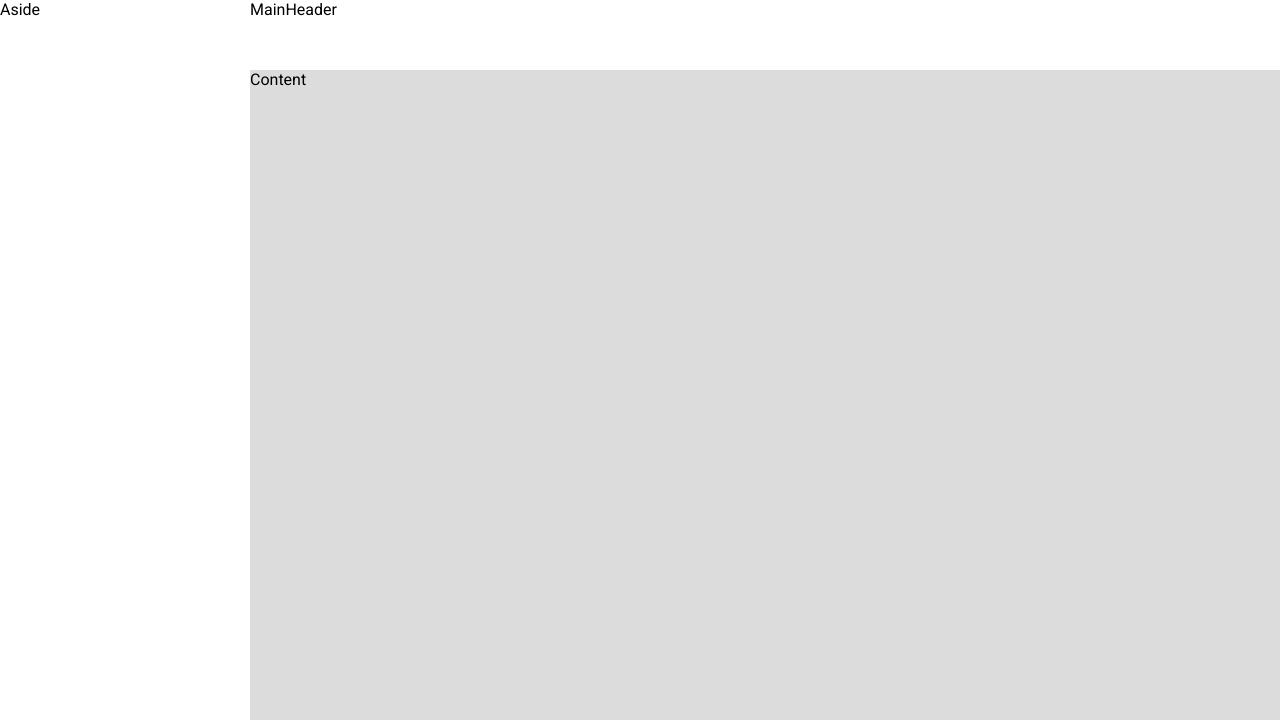
Repository: XFERRER7/dashboard
Page: /
The author's editor kept a copy of each file at every save. The page is drawn from the files as they stood at one save, then again after a run of saves.
The browser window is 1280 px wide. The pictures show the whole page.
The project was rebuilt for these pictures with package versions that can differ from the ones it lists, and the page was loaded fresh each time. Also part of the build but not shown: vite.config.ts.

Above is the page before, as saved 2022-07-06 15:28:05.

### index.html
<!DOCTYPE html>
<html lang="pt-br">

<head>
  <meta charset="UTF-8" />
  <meta name="viewport" content="width=device-width, initial-scale=1.0" />
  <link rel="shortcut icon" href="src/assets/Logo.svg" type="image/x-icon">
  <link rel="preconnect" href="https://fonts.googleapis.com">
  <link rel="preconnect" href="https://fonts.gstatic.com" crossorigin>
  <link href="https://fonts.googleapis.com/css2?family=Roboto:wght@400;500;700&display=swap" rel="stylesheet">
  <title>Dashboard</title>
</head>

<body>
  <div id="root"></div>
  <script type="module" src="/src/main.tsx"></script>
</body>

</html>

### src/main.tsx
import React from 'react'
import ReactDOM from 'react-dom/client'
import {App} from './App'

ReactDOM.createRoot(document.getElementById('root')!).render(
  <React.StrictMode>
    <App />
  </React.StrictMode>
)

### src/App.tsx
import Global from "./styles/Global"
import { Layout } from './components/Layout'
import { ThemeProvider } from 'styled-components'
import dark from './styles/Themes/dark'
import light from './styles/Themes/light'

export const App = () => {
  return (
    <div>
      <ThemeProvider theme={light}>
        <Global />
        <Layout />
      </ThemeProvider>
    </div>
  )
}

### src/styles/Global.ts
import { createGlobalStyle } from 'styled-components'

export default createGlobalStyle`

  * {
    margin: 0;
    padding: 0;
    box-sizing: border-box;
  }

  html, body, #root {
    height: 100%;
  }

  *, button, input {
    border: 0;
    outline: 0;
    font-family: 'Roboto', sans-serif;
  }

  button {
    cursor: pointer;
  }

`;

### src/components/Layout/index.tsx
import {Container} from './Styles'
import { MainHeader} from '../MainHeader'
import { Content} from '../Content'
import { Aside} from '../Aside'

export const Layout = () => {
  return (
    <Container>
      <MainHeader/>
      <Aside/>
      <Content/>
    </Container>
  )
}

### src/styles/Themes/light.ts
export default {
  title: 'light',

  colors: {
    primary: '#DCDCDC',
    secondary: '##E5E5E5',
    tertiary: '##F5F5F5',

    white: '#000',
    black: '#fff',
    gray: '#dfdfdf',

    sucess: '#03BB85',
    info: '#3B5998',
    warnig: '#FF6961'


  }
}

### src/components/Layout/Styles.ts
import styled from "styled-components"

export const Container = styled.div`
  display: grid;
  grid-template-columns: 250px auto;
  grid-template-rows: 70px auto;

  grid-template-areas:
  'AS MH'
  'AS CT';
  height: 100vh;

`

### src/components/MainHeader/index.tsx
import {Container} from './Styles'


export const MainHeader = () => {
  return (
    <Container>
      <div>MainHeader</div>
    </Container>
  )
}

### src/components/Content/index.tsx
import {Container} from './Styles'


export const Content = () => {
  return (
    <Container>
      <div>Content</div>

    </Container>
  )
}

### src/components/Aside/index.tsx
import {Container} from './Styles'


export const Aside = () => {
  return (
    <Container>
      <div>Aside</div>

    </Container>
  )
}

### src/components/MainHeader/Styles.ts
import styled from "styled-components"

export const Container = styled.div`
  grid-area: MH;
  color: ${props => props.theme.colors.white};
  background-color: ${props => props.theme.colors.secondary};
`

### src/components/Content/Styles.ts
import styled from "styled-components"

export const Container = styled.div`
  grid-area: CT;
  color: ${props => props.theme.colors.white};
  background-color: ${props => props.theme.colors.primary};
`

### src/components/Aside/Styles.ts
import styled from "styled-components"

export const Container = styled.div`
  grid-area: AS;
  color: ${props => props.theme.colors.white};
  background-color: ${props => props.theme.colors.secondary};
`

After the next 2 saves:
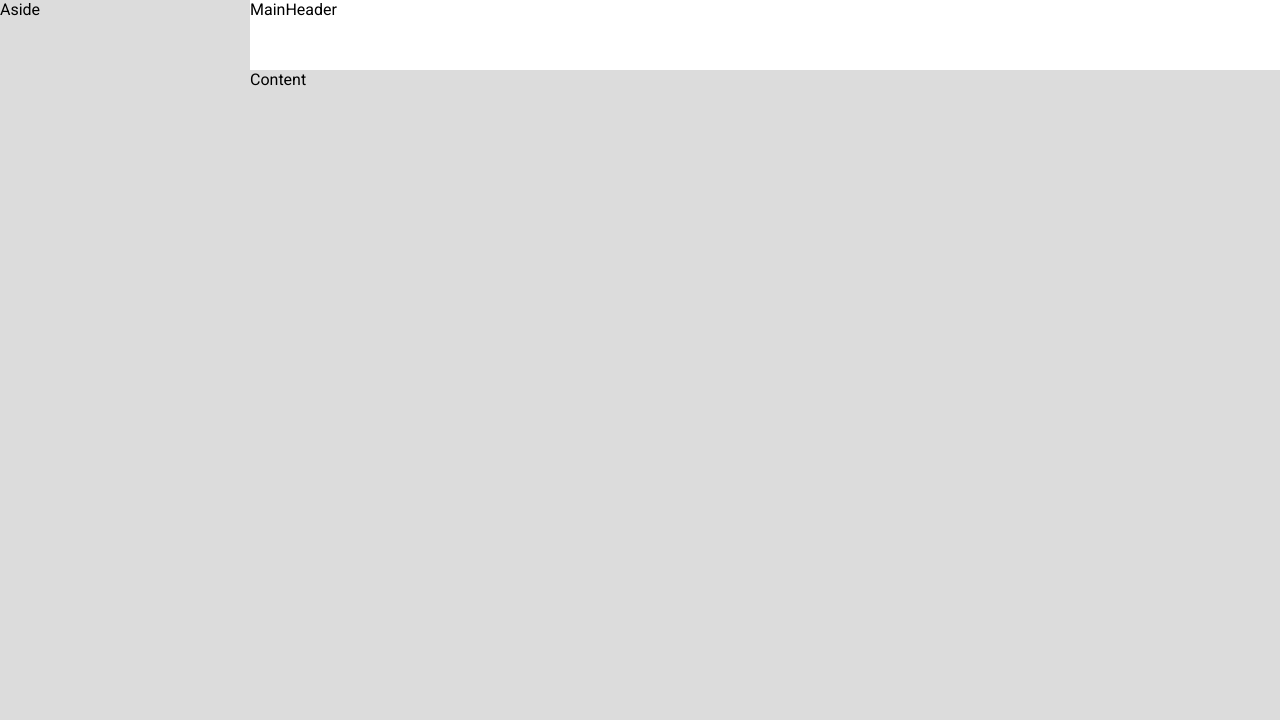
The 2 saves are shown as one change because they came seconds apart.
The last was saved 99 s later.
--- a/src/components/Aside/Styles.ts
+++ b/src/components/Aside/Styles.ts
@@ -3,5 +3,5 @@
 export const Container = styled.div`
   grid-area: AS;
   color: ${props => props.theme.colors.white};
-  background-color: ${props => props.theme.colors.secondary};
+  background-color: ${props => props.theme.colors.primary};
 `

After the save that followed:
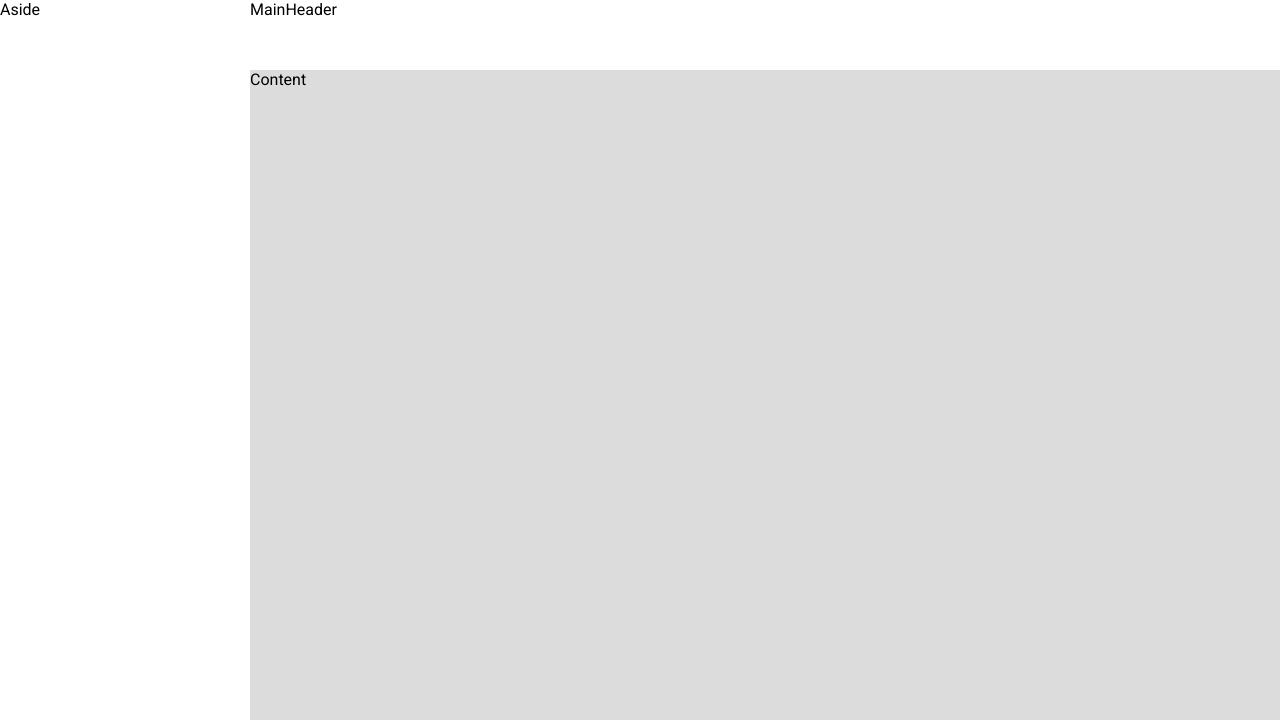
Saved 15 s later.
--- a/src/components/Aside/Styles.ts
+++ b/src/components/Aside/Styles.ts
@@ -3,5 +3,5 @@
 export const Container = styled.div`
   grid-area: AS;
   color: ${props => props.theme.colors.white};
-  background-color: ${props => props.theme.colors.primary};
+  background-color: ${props => props.theme.colors.secondary};
 `
